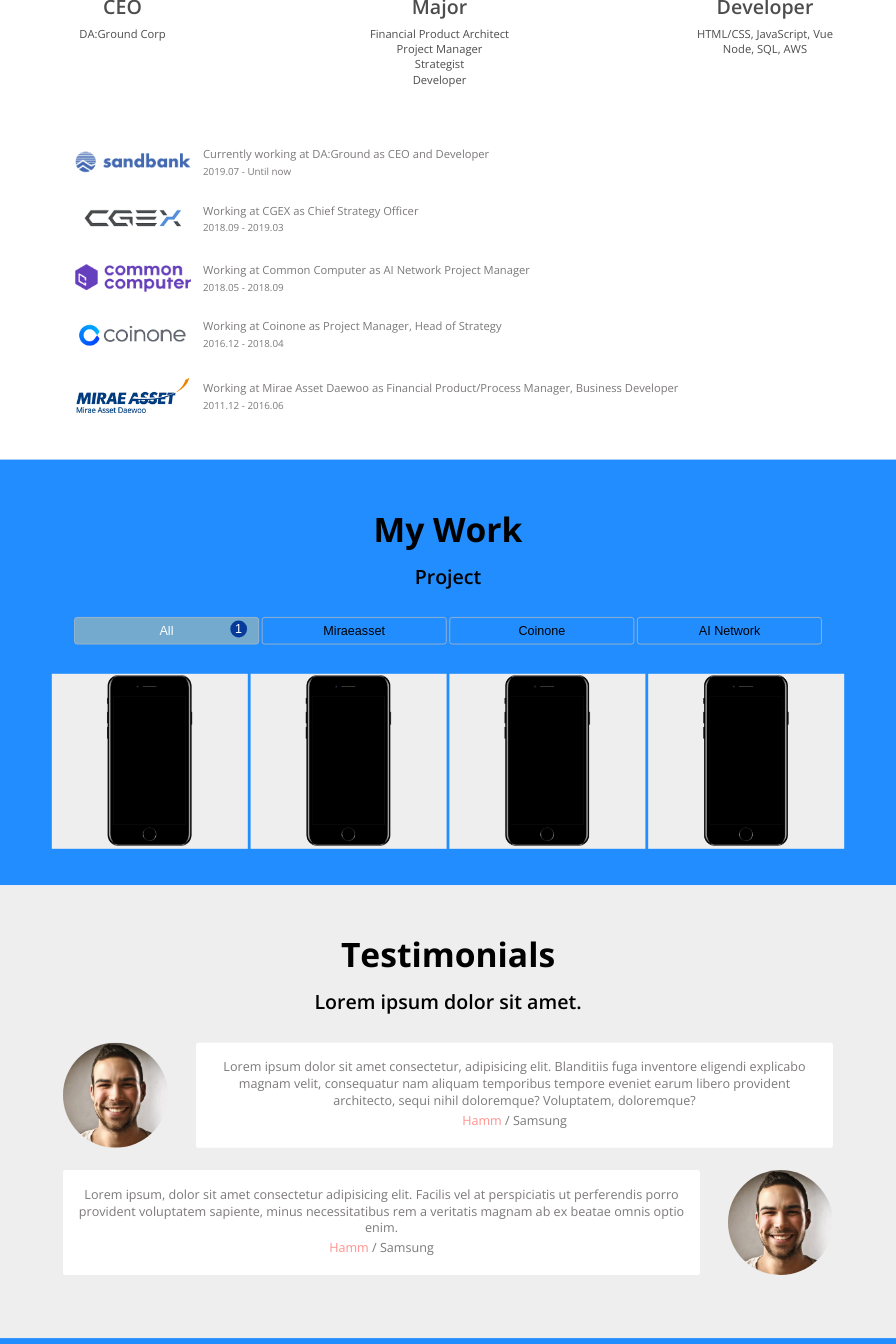
Repository: hammlee/portfolio
Page: index.html
An editor plug-in stored every save of this project. The page is shown before and after the next save, followed by the edit.
The browser window is 1280 px wide. The pictures show the part of the page from y = 1211 to 3131 px (the page is 3531 px tall), at 70% of full size.
Some web libraries are served in a nearby version.

Above is the page before, as saved 2021-04-21 18:48:51.

After the next save:
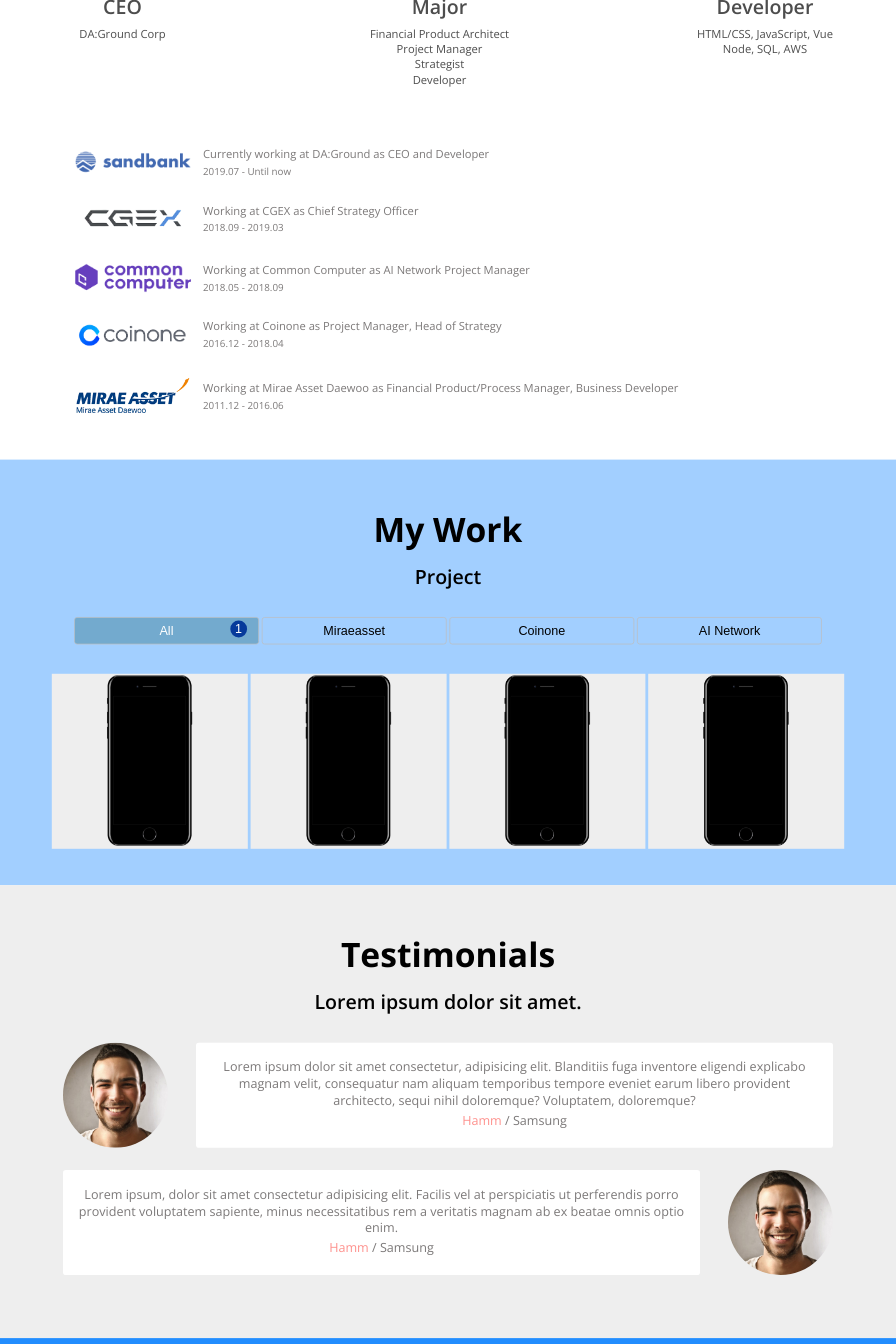
Saved 8 s later.
--- a/style.css
+++ b/style.css
@@ -279,7 +279,7 @@
 
 /* Work */
 #work {
-  background-color: var(--color-light-blue);
+  background-color: var(--color-light-blue-background);
 }
 .work__categories {
   margin: 40px;
